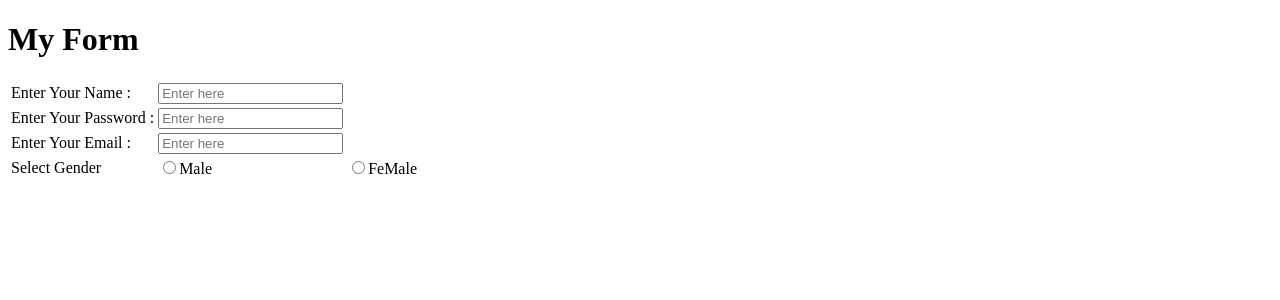
Repository: Kamleshmaury/CoreJava
Page: RegistrationForm/src/main/webapp/index.html
These files come from the project's save history. The page is drawn as it stood at one moment and after the next save; the edit follows.
The browser window is 1280 px wide. The pictures show the whole page.

Above is the page before, as saved 2022-10-18 08:03:49.

After the next save:
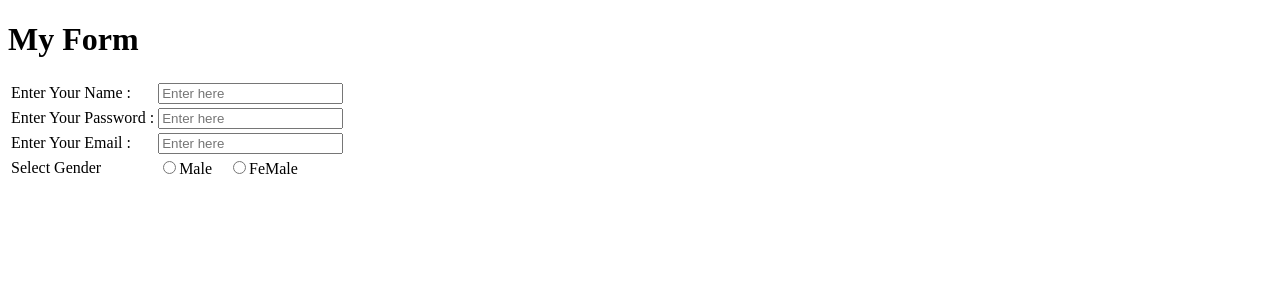
Saved 17 s later.
--- a/RegistrationForm/src/main/webapp/index.html
+++ b/RegistrationForm/src/main/webapp/index.html
@@ -23,8 +23,7 @@
 				</tr>
 				<tr>
 					<td>Select Gender</td>
-					<td><input type="radio" name="gender" value="male">Male &nbsp; &nbsp;
-					<td><input type="radio" name="gender" value="female">FeMale </td>
+					<td><input type="radio" name="gender" value="male">Male &nbsp; &nbsp;<input type="radio" name="gender" value="female">FeMale </td>
 				</tr>
 			</table>
 
